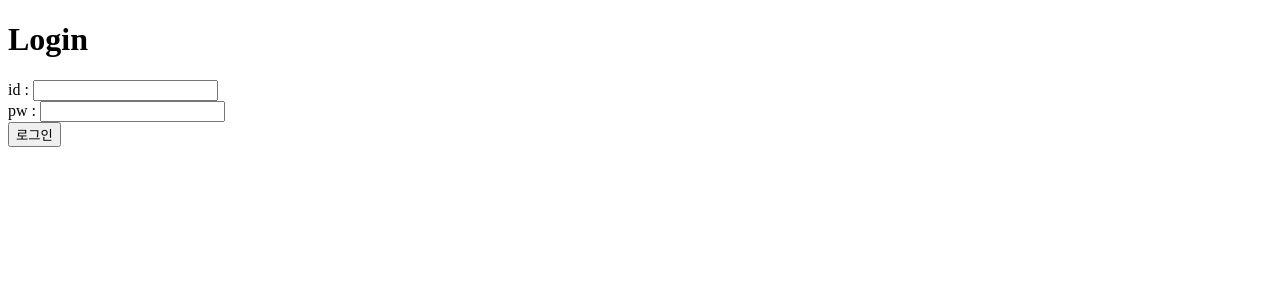
Repository: NewParkk/MultiStudy
Page: 04.web/step03_move/WebContent/login.html
These files come from the project's save history. The page is drawn as it stood at one moment and after the next save; the edit follows.
The browser window is 1280 px wide. The pictures show the whole page.

Above is the page before, as saved 2023-12-27 05:23:31.

After the next save:
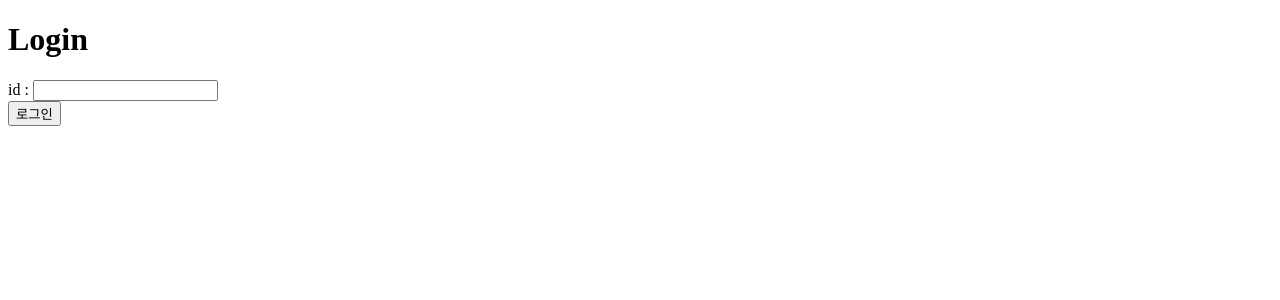
Saved 97 s later.
--- a/04.web/step03_move/WebContent/login.html
+++ b/04.web/step03_move/WebContent/login.html
@@ -8,7 +8,6 @@
 	<h1>Login</h1>
 	<form action="http://localhost:8080/step02_basic/check" method="get">
 		id : <input type="text" name="id"> <br/>
-		pw : <input type="password" name="pw">  <br/>
 		<input type="submit" value="로그인">
 	</form>
 </body>
